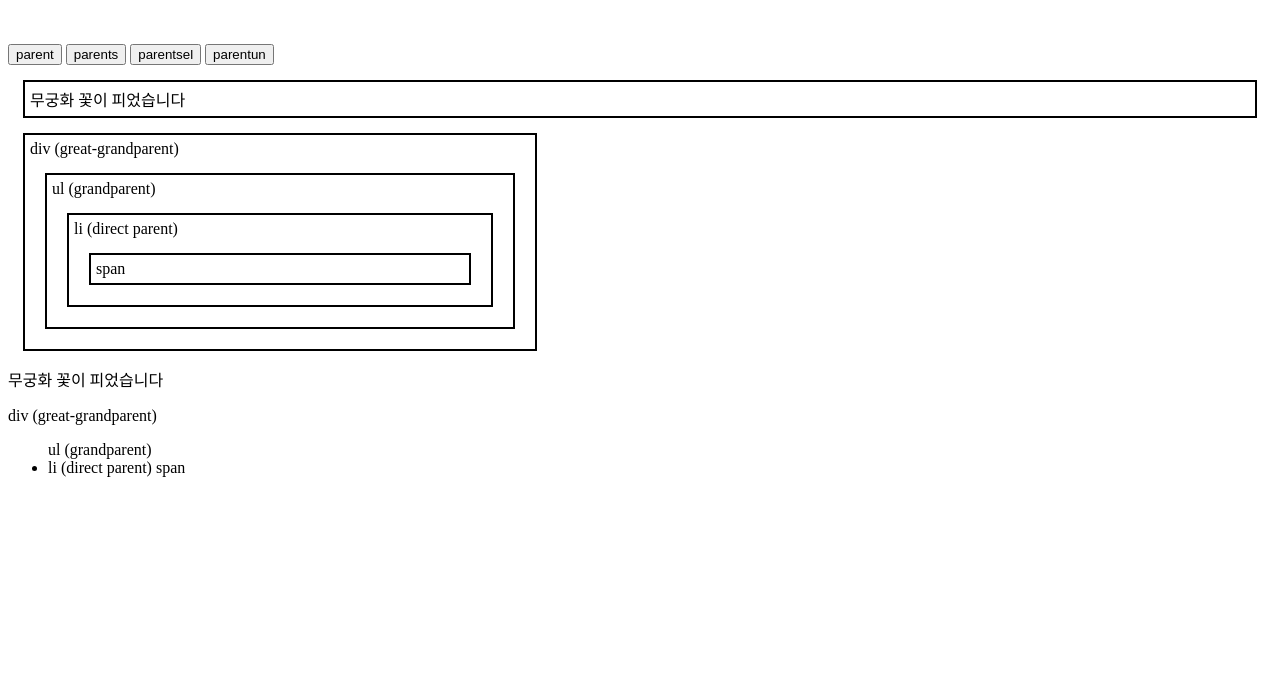
Repository: JJaeHwan/HTML
Page: jquerypro/WebContent/0113/찾기메소드2.html
The author's editor kept a copy of each file at every save. The page is drawn from the files as they stood at one save, then again after the next save.
The browser window is 1280 px wide. The pictures show the whole page.

Above is the page before, as saved 2023-01-13 07:36:23.

After the next save:
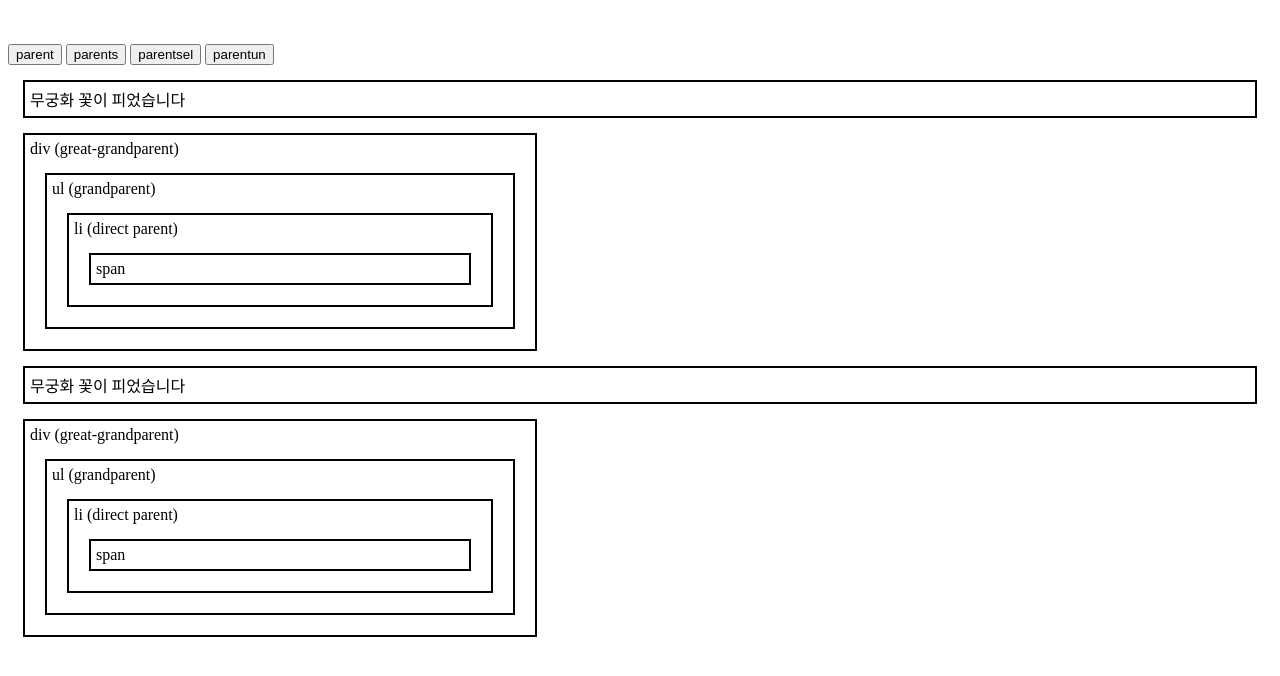
Saved 53 s later.
--- a/jquerypro/WebContent/0113/찾기메소드2.html
+++ b/jquerypro/WebContent/0113/찾기메소드2.html
@@ -47,7 +47,7 @@ $(function () {
 
 
 <style type="text/css">
-#res1 * {
+#res1 *, #res2 * {
   display: block;
   border: 2px solid black;
   color: black;
